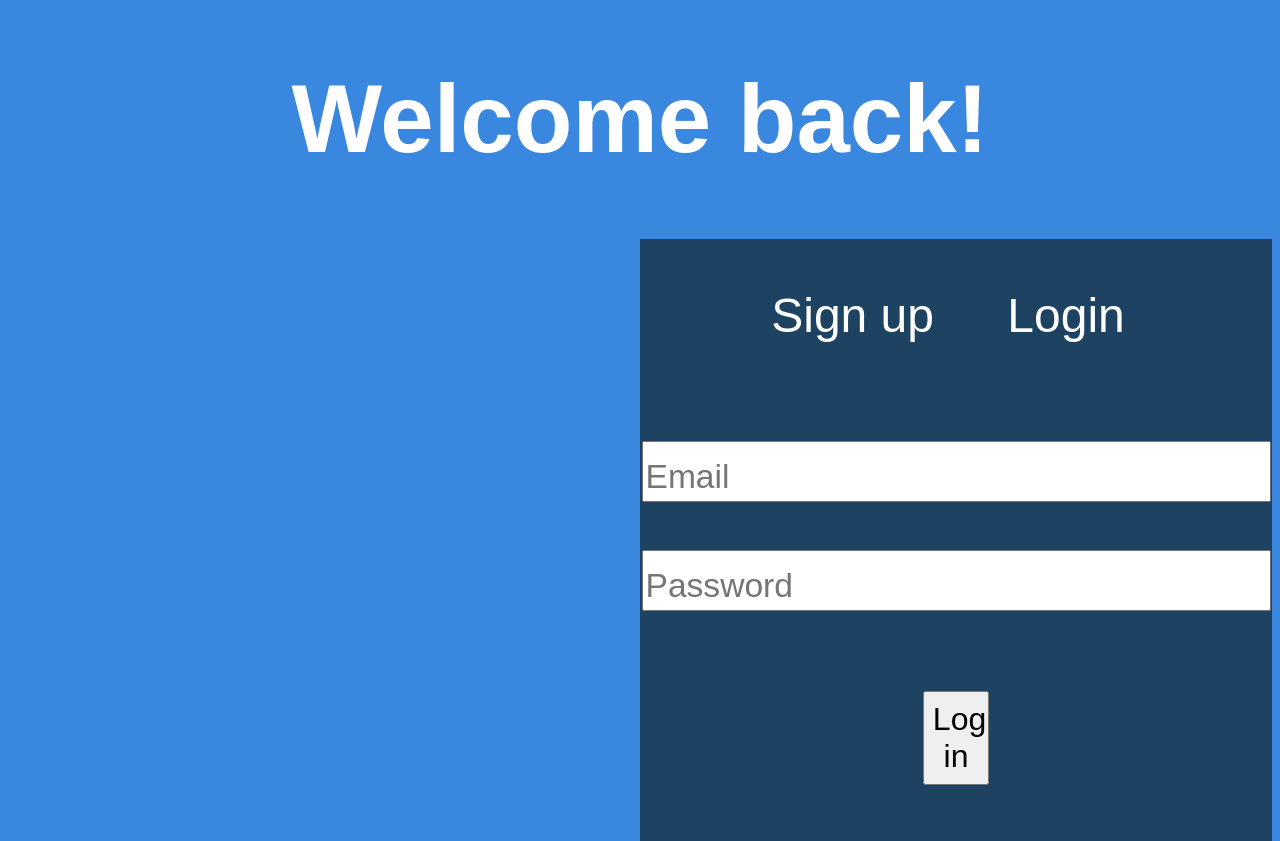
Repository: NicolasssCarlos/basic-flask-login
Page: http://localhost/
The author's editor kept a copy of each file at every save. The page is drawn from the files as they stood at one save, then again after the next save.
The browser window is 1280 px wide. The pictures show the whole page.
The page is served by the project's application, run on Flask 3 (app.py).

Above is the page before, as saved 2025-06-11 20:54:38.

### templates/index.html
<!DOCTYPE html>
<html lang="en">
<head>
    <meta charset="UTF-8">
    <meta name="viewport" content="width=device-width, initial-scale=1.0">


    <link rel="stylesheet" href="{{url_for('static', filename='main.css')}}">
    <title>Document</title>
</head>
<body class="login">


    <div class="container">


        <h1>Welcome back!</h1>


        <div class="log-in">


            <form method="post">


                <div class="buttons">


                    <button type="button" onclick="window.location.href='/signup'">Sign up</button>


                    <button type="button" onclick="window.location.href='/'">Login</button>



                </div>


                <div class="inputs">


                    <input type="email" name="email" placeholder="Email">


                    <input type="password" name="password" placeholder="Password">


                    <button type="submit">Log in</button>



                </div>



            </form>



        </div>


        {% if welcome %}


            {{ welcome }}


        {% elif error %}


            {{ error }}


        {% endif %}



    </div>



</body>
</html>

### app.py
from flask import Flask, render_template, request
import sqlite3



app = Flask(__name__)



connection = sqlite3.connect("users_log.db", check_same_thread=False)
cursor = connection.cursor()



cursor.execute("""
    CREATE TABLE IF NOT EXISTS users_log (
        id INTEGER PRIMARY KEY AUTOINCREMENT,
        name TEXT,
        username TEXT,
        email TEXT,
        password TEXT
    )
""")

@app.route("/", methods=["POST", "GET"])
def home():
    welcome = error = ""

    if request.method == "POST":
        email = request.form.get("email")
        password = request.form.get("password")

        cursor.execute("SELECT * FROM users_log WHERE email = ?", (email,))
        user_found = cursor.fetchone()

        if user_found:
            if user_found[4] == password:
                welcome = f"Welcome, {user_found[1]}"
            else:
                error = "Login failed. Incorrect email or password"

    return render_template("index.html", welcome=welcome, error=error)

@app.route("/signup", methods=["POST", "GET"])
def signup():
    errors = []
    welcome = ""

    if request.method == "POST":
        name = request.form.get("name")
        username = request.form.get("username")
        email = request.form.get("email")
        password = request.form.get("password")

        if name and username and email and password:
            cursor.execute("SELECT * FROM users_log WHERE email = ?", (email,))
            if cursor.fetchone():
                errors.append("Email is already in use")

            cursor.execute("SELECT * FROM users_log WHERE username = ?", (username,))
            if cursor.fetchone():
                errors.append("Username is already in use")

            if not errors:
                cursor.execute(
                    "INSERT INTO users_log (name, username, email, password) VALUES (?, ?, ?, ?)",
                    (name, username, email, password)
                )

                cursor.execute("SELECT * FROM users_log WHERE username = ?", (username,))
                user = cursor.fetchone()
                user_name = user[1]
                welcome = f"Welcome, {user_name}"

    return render_template("login.html", errors=errors, welcome=welcome)

if __name__ == "__main__":
    app.run(debug=True)

### static/main.css
.login {

    font-family: Arial, Helvetica, sans-serif;


    font-size: 3rem;


    background-color: #3a87df;


    color: #fff;


    margin-bottom: 0;



}


.login h1 {


    align-items: center;


    justify-content: center;


    text-align: center;



}


.login .container .log-in {


    background-color: #1e4262;


    color: #fff;


    width: 50%;


    align-items: center;


    justify-content: center;


    text-align: center;


    margin-left: 50%;


    margin-right: 50%;


}


.inputs {



    display: flex;


    flex-direction: column;


    gap: 1rem;


    width: 30%;


    margin: 0 auto;


    margin-top: 2.1rem;

    align-items: center;


    justify-content: center;


    text-align: center;



}


.inputs input {


    font-size: 3rem;


    margin-bottom: 1rem;


    margin-top: 1rem;



}


.inputs button {


    font-size: 2rem;


    width: 35%;


    align-items: center;


    justify-content: center;


    text-align: center;


    padding: 0.5rem;


    margin-top: 3rem;


    margin-bottom: 3.5rem;



}


.login .container .buttons {


    align-items: center;


    justify-content: center;


    text-align: center;



}


.buttons button {


    border: transparent;


    font-size: 3rem;


    background: transparent;


    color: #fff;


    margin-left: 1rem;

    margin-right: 2rem;


    cursor: pointer;


    margin-top: 3rem;


    margin-bottom: 3rem;



}


.inputs input::placeholder {


    font-size: 2.1rem;


}

.container {


    align-items: center;


    justify-content: center;


    text-align: center;
}

After the next save:
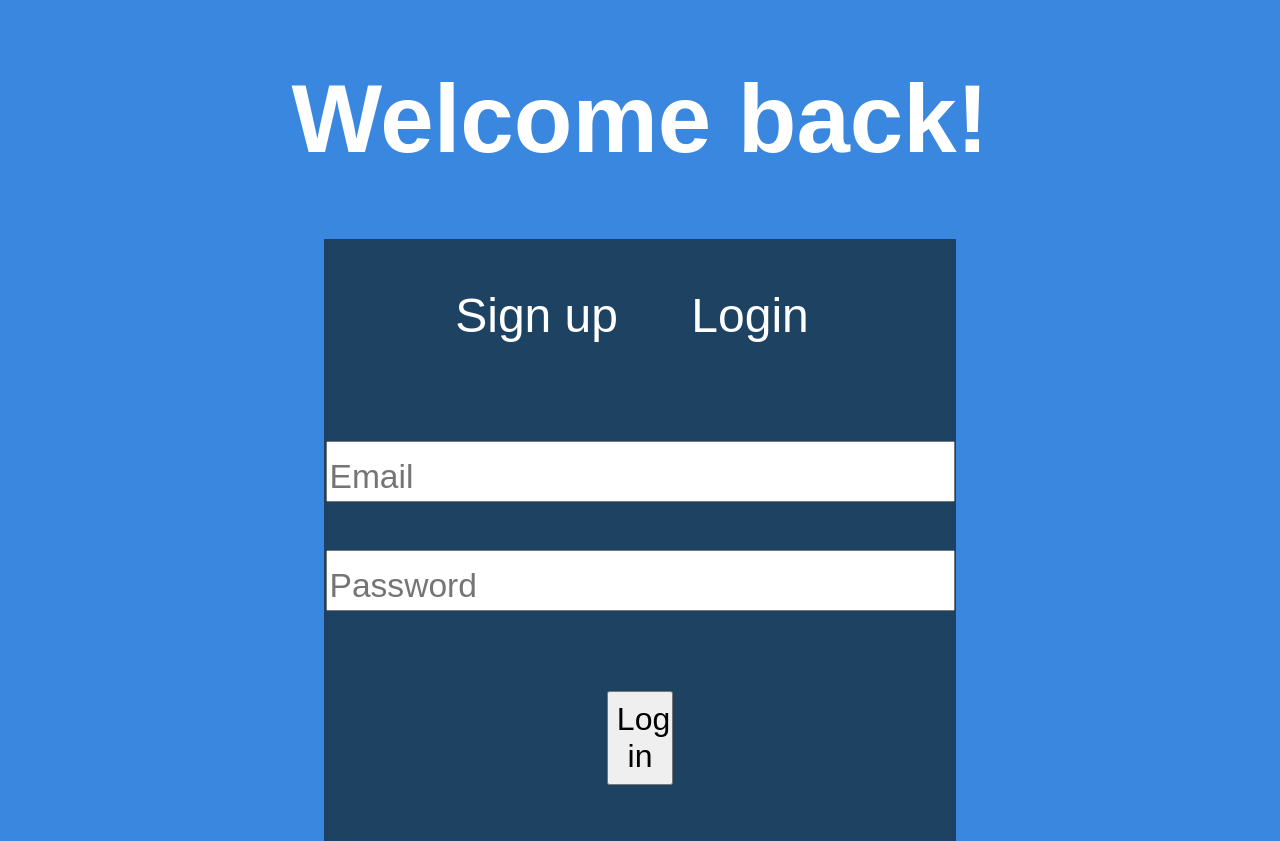
Saved 12 s later.
--- a/static/main.css
+++ b/static/main.css
@@ -56,10 +56,10 @@
     text-align: center;
 
 
-    margin-left: 50%;
-
-
-    margin-right: 50%;
+    margin-left: auto;
+
+
+    margin-right: auto;
 
 
 }
